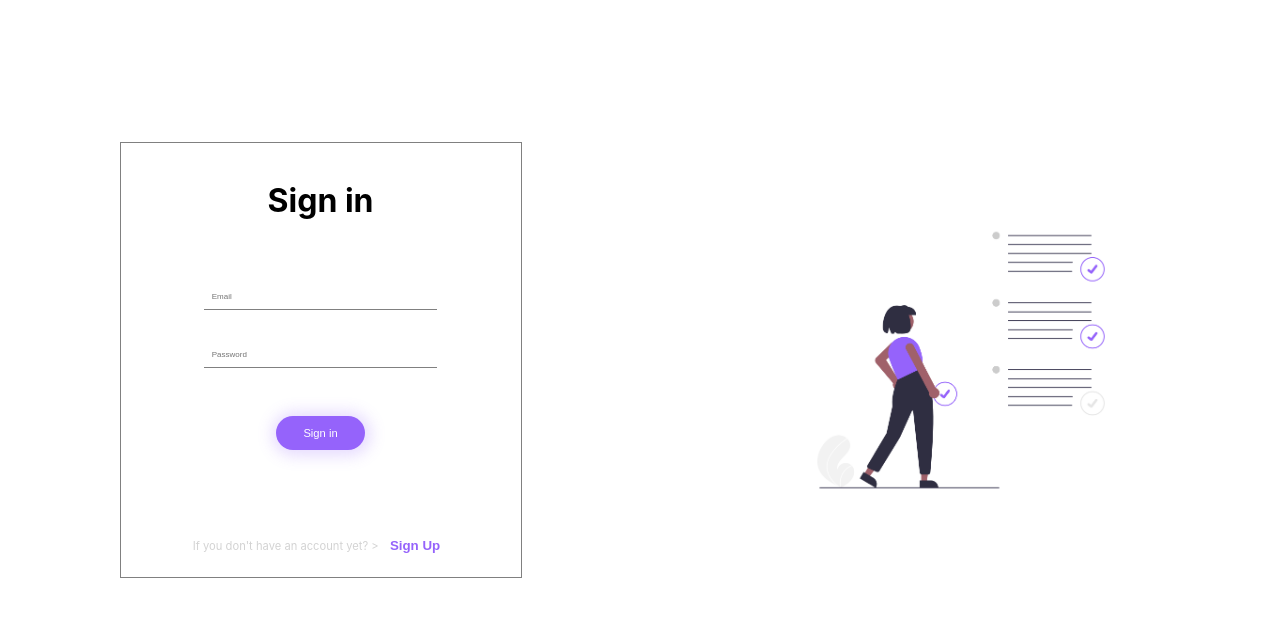
Repository: EEOOOO/wanted-pre-onboarding-fe
Page: / (app in to-do-list-app/)
The author's editor kept a copy of each file at every save. The page is drawn from the files as they stood at one save, then again after the next save.
The browser window is 1280 px wide. The pictures show the whole page.
The project was rebuilt for these pictures with package versions that can differ from the ones it lists, and the page was loaded fresh each time. Also part of the build but not shown: to-do-list-app/src/components/sign_up/sign_up.module.css, to-do-list-app/src/components/sign_up/sign_up.jsx, to-do-list-app/src/components/todoList/todo_list.jsx.

Above is the page before, as saved 2022-08-22 00:45:16.

### to-do-list-app/public/index.html
<!DOCTYPE html>
<html lang="en">
  <head>
    <meta charset="utf-8" />
    <link rel="icon" href="%PUBLIC_URL%/logo.png" />
    <meta name="viewport" content="width=device-width, initial-scale=1" />
    <meta name="theme-color" content="#000000" />
    <meta
      name="description"
      content="Web site created using create-react-app"
    />
    <link rel="apple-touch-icon" href="%PUBLIC_URL%/logo.png" />
    <link rel="manifest" href="%PUBLIC_URL%/manifest.json" />
    <title>Todo List App</title>
  </head>
  <body>
    <div id="root"></div>
  </body>
</html>

### to-do-list-app/src/App.js
import style from './app.module.css';
import { Routes, Route } from 'react-router-dom'
import Login from './components/login/login';
import TodoList from './components/todoList/todo_list';

function App() {
  return <div className={style.App}>
    <Routes>
      <Route path="/" element={<Login/>}></Route>
      <Route path="todo" element={<TodoList/>}></Route>
    </Routes>
  </div>
}

export default App;

### to-do-list-app/src/components/login/login.jsx
import React, { useState } from 'react';
import SignIn from '../sign_in/sign_in';
import SignUp from '../sign_up/sign_up';
import style from '../login/login.module.css';
import loginImage from '../login/login_img.png';

const Login = (props) => {
    const goTosignUp = () => {
        setViewableScreen(<SignUp/>)
    }
    const signIn = <SignIn goToSignUp={goTosignUp}/>
    let [viewableScreen, setViewableScreen] = useState(signIn);
    return (
        <div className={style.login}>
            <div className={style.inputContainer}>{viewableScreen}</div>
            <img src={loginImage} className={style.coverImage}/>
        </div>
    )
}

export default Login;

### to-do-list-app/src/components/sign_in/sign_in.jsx
import React from 'react';
import LoginInputForm from '../login_input_form/login_input_form';
import style from '../sign_in/sign_in.module.css'

const SignIn = ({goToSignUp}) => {
    const handleSignInSubmit = (event) => {
        //event.preventDefault();
        console.log(event);
    }
    return(
        <div className={style.signIn}>
            <h1>Sign in</h1>
            <LoginInputForm handleSubmit={handleSignInSubmit} submitContent={'Sign in'}/>
            <span className={style.signUpText}>If you don't have an account yet? &gt; </span>
            <button className={style.signUpButton} onClick={goToSignUp}>Sign Up</button>
        </div>
    )
}

export default SignIn;

### to-do-list-app/src/components/login/login.module.css
.login {
  display: flex;
  height: 100vh;
  justify-content: space-around;
  align-items: center;
}
.inputContainer {
  width: 50%;
  border: 1px solid gray;
  min-width: 235px;
  max-width: 400px;
}
.coverImage {
  width: 50%;
  min-width: 235px;
  max-width: 400px;
}

### to-do-list-app/src/components/login_input_form/login_input_form.jsx
import React from 'react';
import style from '../login_input_form/login_input_form.module.css';
const LoginInputForm = ({handleSubmit, submitContent}) => {
    return (
    <form className={style.inputForm} onSubmit={handleSubmit}>
        <div className={style.email}>
            <input
            type="text"
            className={style.inputEmail}
            placeholder='Email'></input>
        </div>
        <div className={style.password}>
            <input
            type="text"
            className={style.inputPassWord}
            placeholder='Password'></input>
        </div>
        <button type="submit" className={style.submitButton}>{submitContent}</button>
    </form>
    );
};

export default LoginInputForm;

### to-do-list-app/src/components/sign_in/sign_in.module.css
.signIn {
  padding: 1rem;
}
.signUpText {
  color: lightGrey;
  font-size: 0.7rem;
}
.signUpButton {
  background-color: transparent;
  border: none;
  padding: 0.5rem;
  color: rgb(149, 99, 251);
  font-weight: 600;
}

### to-do-list-app/src/components/login_input_form/login_input_form.module.css
.inputForm {
  margin: 3rem;
}
.email,
.password {
  display: flex;
  flex-direction: column;
  align-items: center;
}
input {
  width: 80%;
  font-size: 0.5rem;
  padding: 0.5rem;
  margin: 1rem;
  border: none;
  border-bottom: 0.5px solid gray;
}
.submitButton {
  background-color: rgb(149, 99, 251);
  font-size: 0.7rem;
  color: white;
  border: none;
  padding: 0.7rem 1.7rem;
  border-radius: 17px;
  margin: 2rem 1rem;
  -webkit-box-shadow: 1px 1px 15px 5px rgba(149, 99, 251, 0.23);
  box-shadow: 1px 1px 15px 5px rgba(149, 99, 251, 0.23);
  cursor: pointer;
  transition: transform 200ms ease-in;
}
.submitButton:hover {
  transform: scale(1.05);
}

Loaded but not shown: to-do-list-app/src/index.js (common file); to-do-list-app/src/index.css (common file); to-do-list-app/src/reportWebVitals.js (common file); to-do-list-app/src/app.module.css (common file)

After the next save:
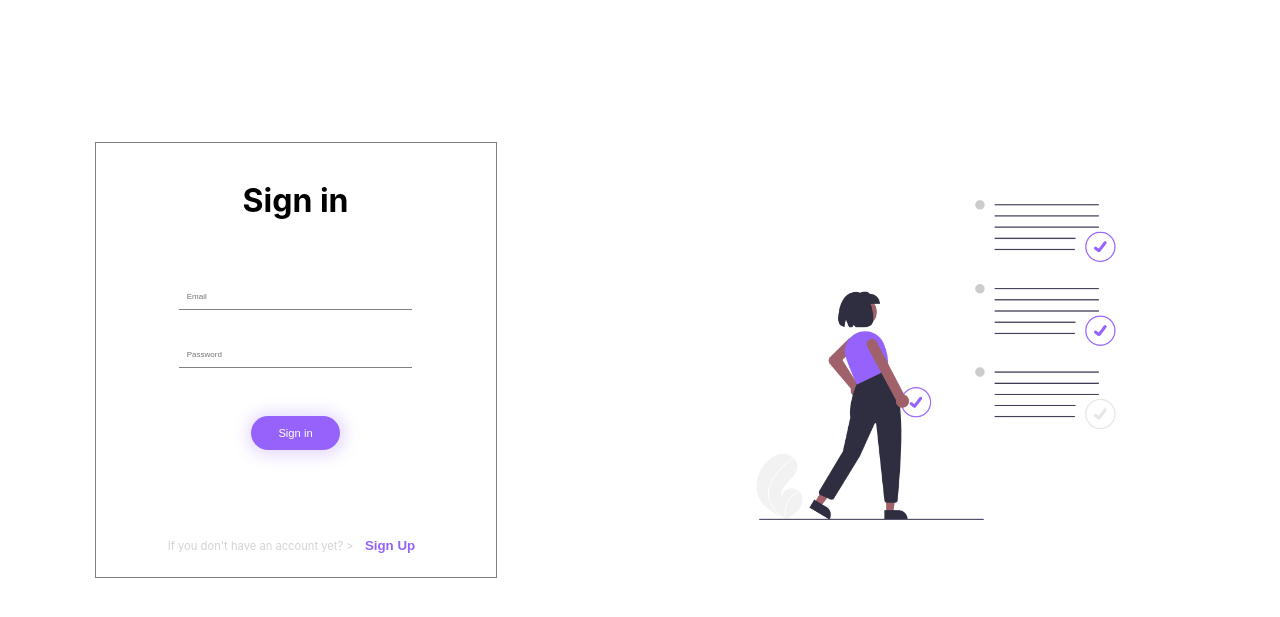
Saved 3 min 19 s later.
--- a/to-do-list-app/src/components/login/login.module.css
+++ b/to-do-list-app/src/components/login/login.module.css
@@ -13,5 +13,5 @@
 .coverImage {
   width: 50%;
   min-width: 235px;
-  max-width: 400px;
+  max-width: 500px;
 }
